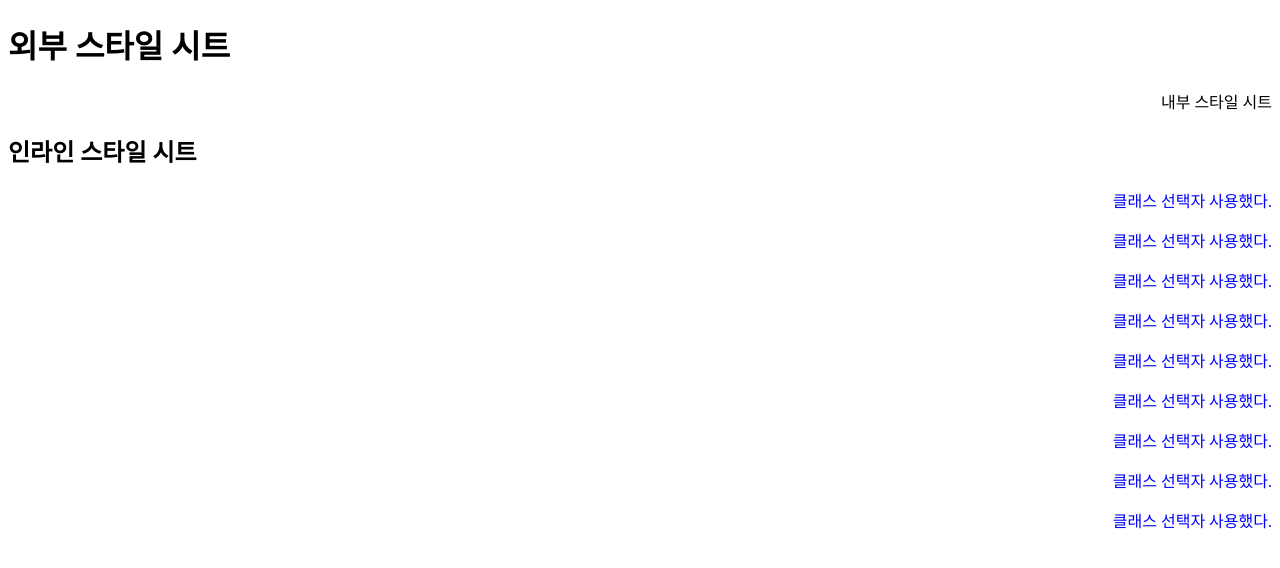
Repository: bh03/bh03.github.io
Page: css.html
The author's editor kept a record of every edit. The page is drawn from the files as they stood at one moment, then again after the next edit.
The browser window is 1280 px wide. The pictures show the whole page.

Above is the page before.

### css.html
<!DOCTYPE html>
<html>
    <head>
        <meta charset="UTF-8">
        <title> 외부 스타일 시트 방식 </title>
        <link rel="stylesheet" href="test.css" type="test/css">
        <style type="text/css">
            .test{font-family:궁서; color:blue;}
        </style>
    </head>
    <body>
        <h1> 외부 스타일 시트 </h1>
        <p align="right">내부 스타일 시트</p>
        <h2 style=font-family:고딕;> 인라인 스타일 시트</h2>
        <p class="test" align="right"> 클래스 선택자 사용했다.</p>
        <p class="test" align="right"> 클래스 선택자 사용했다.</p>
        <p class="test" align="right"> 클래스 선택자 사용했다.</p>
        <p class="test" align="right"> 클래스 선택자 사용했다.</p>
        <p class="test" align="right"> 클래스 선택자 사용했다.</p>
        <p class="test" align="right"> 클래스 선택자 사용했다.</p>
        <p class="test" align="right"> 클래스 선택자 사용했다.</p>
        <p class="test" align="right"> 클래스 선택자 사용했다.</p>
        <p class="test" align="right"> 클래스 선택자 사용했다.</p>
    </body>

</html>

After the next edit:
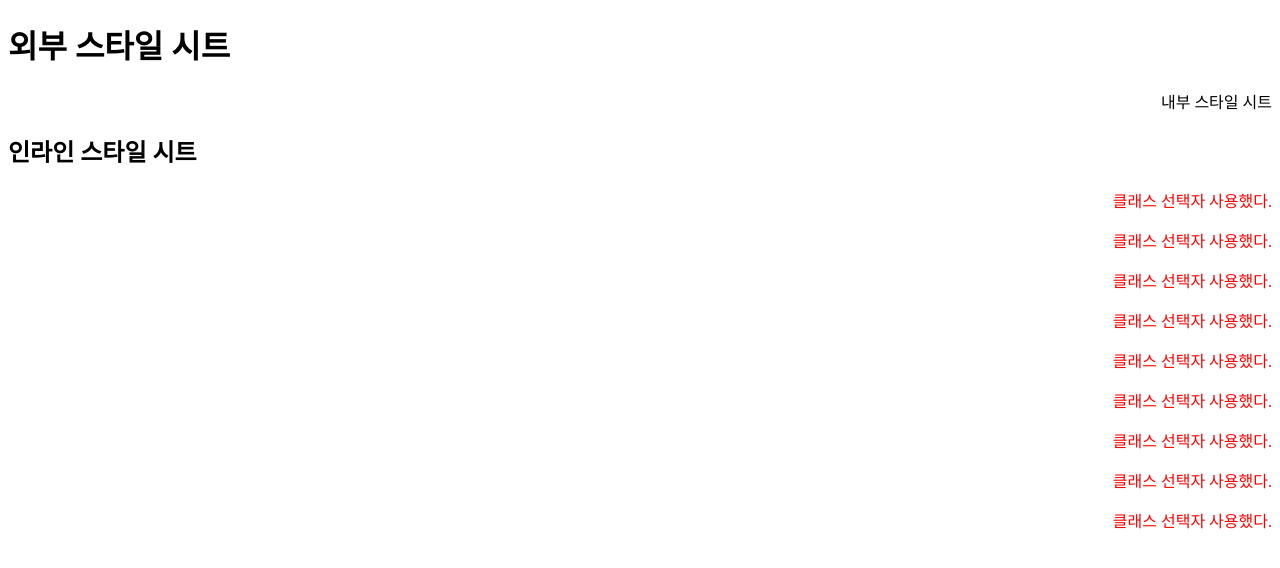
The edit:
--- a/css.html
+++ b/css.html
@@ -5,7 +5,7 @@
         <title> 외부 스타일 시트 방식 </title>
         <link rel="stylesheet" href="test.css" type="test/css">
         <style type="text/css">
-            .test{font-family:궁서; color:blue;}
+            .test{font-family:궁서; color:red;}
         </style>
     </head>
     <body>
